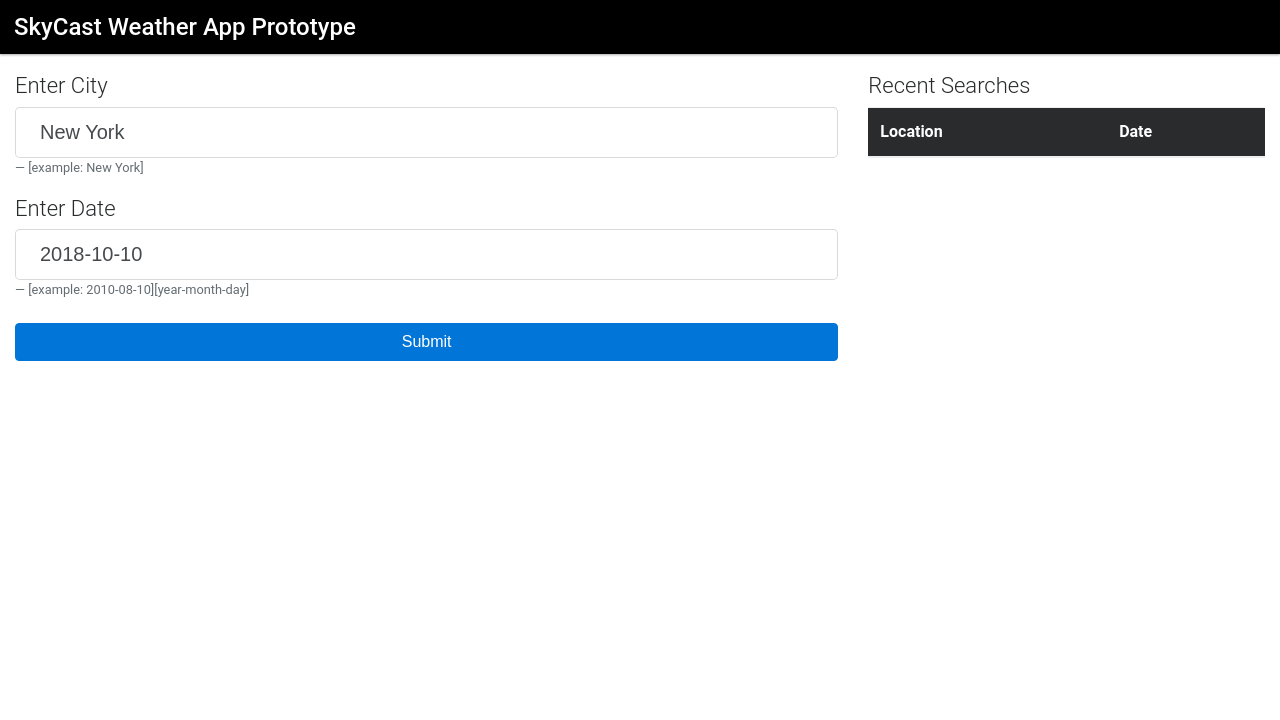
Repository: Oakga/Weather_app
Page: index.html
The author's editor kept a copy of each file at every save. The page is drawn from the files as they stood at one save, then again after the next save.
The browser window is 1280 px wide. The pictures show the whole page.
Some web libraries are served in a nearby version.

Above is the page before, as saved 2017-09-25 05:00:12.

### index.html
<!DOCTYPE html>
<html>
<head>
    <meta charset="utf-8">
    <link rel="stylesheet" href="https://maxcdn.bootstrapcdn.com/bootstrap/4.0.0-alpha.6/css/bootstrap.min.css" integrity="sha384-rwoIResjU2yc3z8GV/NPeZWAv56rSmLldC3R/AZzGRnGxQQKnKkoFVhFQhNUwEyJ" crossorigin="anonymous">
     <link href="css/styles.css" rel="stylesheet" type="text/css">
     <script src="https://cdnjs.cloudflare.com/ajax/libs/Chart.js/2.1.4/Chart.min.js"></script>
    <script src="https://unpkg.com/axios/dist/axios.min.js"></script>
</head>
<body>
    <header>
        <h1>SkyCast Weather App Prototype</h1>
    </header>
    <div class="container-fluid">
        <div class="row">
            <div class="col-sm-8">
                <form id="location-form">
                    <h2>Enter City</h2><input value="New York" type="text" id="location-input" class="form-control form-control-lg "/>
                    <footer class="blockquote-footer">[example: New York]</footer>
                    <h2>Enter Date</h2><input value="2018-10-10" type="text" id="date-input" class="form-control form-control-lg "/>
                    <footer class="blockquote-footer">[example: 2010-08-10][year-month-day]</footer>
                    <br>
                    <button type="submit" class="btn btn-primary btn-block">Submit</button>
                </form>
                <div id="formatted-address"></div>
                <div id="geometry-component"></div>
                <div id="weeklyWeather-component"></div>
            </div>
            <div class="col-sm-4">
                <h2>Recent Searches</h2>
                <table class="table table-hover">
                    <thead class="thead-inverse">
                        <tr>
                            <th>Location</th>
                            <th>Date</th>
                        </tr>
                        <tbody id="history-table">
                        </tbody>
                    </thead>
                </table>
                <div id="dailyWeather-component"></div>
                <canvas id="myChart" width="400" height="400"></canvas>
            </div>
        </div>
    </div>
</div>
<script type='text/javascript' src="js/main.js"></script>
<script type='text/javascript' src="js/config.js"></script>
<script type='text/javascript' src="js/models.js"></script>
</body>
</html>

### css/styles.css
body {
    font-family: 'Roboto', 'Sans Serif';
    font-size: 16px;
    padding: 0;
    margin: 0;
}

header {
    background-color: #000000;
    padding: 14px;
    box-shadow: 0 1px 3px rgba(0,0,0,0.12), 0 1px 2px rgba(0,0,0,0.24);
}

h1, h2, h3 {
    font-weight: 300;
}

header > h1 {
    font-weight: 500;
    font-size: 24px;
    margin: 0;
    color: #FFFFFF;
}

h2 {
    font-size: 22px;
    margin: 20px 0 8px 0;
}

.table {
    border-radius: 5px;
    width: 100%;
    float: none;
}

#history-table > tr {
    cursor: pointer;
}

### js/main.js
const geoCode = (location, time=Date.now()) => {
    const api_key = config.GOOGLE_API_KEY;
    axios.get('https://maps.googleapis.com/maps/api/geocode/json',{
    params:{
        address: location,
        key: api_key,
    }
}).then(function(response){
    const formattedAddr = response.data.results[0].formatted_address;
    const formattedAddrOutput = `
    <h2> Current Search Location: </h2>
    <ul class="list-group">
    <li class="list-group-item">
    ${formattedAddr}
    </li>
    </ul>
    `;
    let addressComponents = response.data.results[0].address_components;
    let lat = Math.round(response.data.results[0].geometry.location.lat*10000)/10000;
    let lng = Math.round(response.data.results[0].geometry.location.lng*10000)/10000;
    let geometryOutput = `
    <ul class="list-group">
    <li class="list-group-item">
    <strong>
    Latitude
    </strong>: ${lat}
    </li>
    <li class="list-group-item">
    <strong>
    Longitude
    </strong>: ${lng}
    </li>
    </ul>
    <br>
    `;
    document.getElementById('formatted-address').innerHTML = formattedAddrOutput;
    document.getElementById('geometry-component').innerHTML = geometryOutput;

    darkSky(lat,lng,time);
    updateHistory(formattedAddr,time);

})
};

const darkSky = (lat, lng, date = Date.now()) => {
    const api_key = config.DARKSKY_API_KEY;
    let apiCall = `https://cors-anywhere.herokuapp.com/https://api.darksky.net/forecast/a467fea14c1e42d510075082c4e8013a/40.7128,-74.0059`;
    axios.get(apiCall,{
        headers: {
            'X-Requested-With': 'XMLHttpRequest',
        },
    }).then(function(response){
        const currentDate =  response.data.currently;
        const WeeklyDateArry = response.data.daily.data;
        createWeeklyReportTable(WeeklyDateArry);
        createTodayReportTable(currentDate);
    })
    .catch(function(error){
        console.log(error);
        const alert = `
        <div class="alert alert-danger" role="alert">
        <strong>${error}</strong>
        </div>
        `;
        document.getElementById('weeklyWeather-component').insertAdjacentHTML("afterbegin",alert);
    })
    ;
};
const createWeeklyReportTable = (data) => {
    let weeklyReport = [];
    let formattedTime;
    for(let i=0;i<data.length;i++){
        formattedTime= convertToDateTime(data[i].time);
        const dayReport = weeklyReport[i] = new foreCastReport(
            formattedTime,
            Math.round(data[i].humidity*100),
            Math.round(data[i].precipProbability*100),
            data[i].precipIntensity,
            data[i].windSpeed,
            data[i].temperatureMax,
            data[i].temperatureMin,
        );
    };
    let columnNames = ``;
    const units = ['','','','(mm/hr)','(m/s)','(`C)','(`C)'];
    let counter = 0;
    for ( property in weeklyReport[0] ) {
        columnNames += `
        <th>
        ${property}${units[counter]}
        </th>
        `;
        counter++;
    };

    let itemRows = ``;
    let reportForTheDay;
    for(var i=0;i<weeklyReport.length;i++){
        reportForTheDay=weeklyReport[i];
        itemRows += `
        <tr>
        <th scope="row">${reportForTheDay.Date}</th>
        <td>${reportForTheDay.Humidity}%</td>
        <td>${reportForTheDay.Precipitation}%</td>
        <td>${reportForTheDay.Intensity}</td>
        <td>${reportForTheDay.Wind}</td>
        <td>${reportForTheDay.MaxTemperature}</td>
        <td>${reportForTheDay.MinTemperature}</td>
        </tr>`
    };

    let tableOutput = `
    <h2> Upcoming Forecasts </h2>
    <table class="table">
    <thead class="thead-inverse" id="table-index">
    ${columnNames}
    </thead>
    <tbody>
    ${itemRows}
    </tbody>
    </table>
    `;
    document.getElementById('weeklyWeather-component').innerHTML = tableOutput;
    const series = weeklyReport.map(function(item) { return item["Humidity"]; });
    updateChart(series,"Humidity");
};

const createTodayReportTable = (data) => {
    let formattedTime = convertToDateTime(data.time);
        const dayReport = new todayReport(
            formattedTime,
            data.summary,
            Math.round(data.humidity*100),
            data.temperature,
            Math.round(data.precipProbability*100),
            data.precipIntensity,
            data.windSpeed,
        );

    const units = ['','','%','`C','%','%','m/s'];
    let reportOutput = ``;
    let counter = 0;
    for( property in dayReport){
        reportOutput+=`
        <li class="list-group-item">
        <strong>
        ${property}
        </strong>: ${dayReport[property]} ${units[counter]}
        </li>
        `;
        counter++;
    }
    ;

    let fullReportOutput = `
    <h2>Today Weather Report </h2>
    <ul class="list-group"></ul>
    ${reportOutput}
    </ul>
    <br>
    `;

    document.getElementById('dailyWeather-component').innerHTML = fullReportOutput;
};

const updateChart = (seriesData) => {
    const ctx = document.getElementById("myChart").getContext('2d');
    const myChart = new Chart(ctx, {
    type: 'bar',
    data: {
        labels: ["Sun", "Mon", "Tue", "Wed", "Thu", "Fri", "Sat"],
        datasets: [{
            label: 'Humidity',
            data: seriesData,
            borderWidth: 1
        }]
    },
    options: {
        scales: {
            yAxes: [{
                ticks: {
                    beginAtZero:true
                }
            }]
        }
    }
});
};

const convertToDateTime = (time) => {
    let date = new Date(time*1000);
    const months = ['Jan','Feb','Mar','Apr','May','Jun','Jul','Aug','Sep','Oct','Nov','Dec'];
    year = date.getFullYear();
    month = months[date.getMonth()];
    numDate = date.getDate();
    formattedTime = numDate + ' ' + month + ' ' + year;
    return formattedTime;
};

const convertToUnixTime = (time) => {
    return Date.parse(time)/1000;
};
const updateHistory = (location,time) => {
    const formattedTime = convertToDateTime(time);

    let itemRows = ``;
    itemRows += `
    <tr>
    <td>${location}</td>
    <td>${formattedTime}</td>
    </tr>`;


    const table = document.getElementById('history-table');
    if(table.childElementCount>=5){
        table.removeChild(table.firstElementChild);
    };
    document.getElementById('history-table').insertAdjacentHTML("afterbegin",itemRows);
};

document.getElementById('location-form').addEventListener('submit', function (e){
    e.preventDefault();
    const location = document.getElementById('location-input').value;
    const date = document.getElementById('date-input').value;
    if(date!==null){
        const unixTime = convertToUnixTime(date);
        geoCode(location,unixTime);
    }
    else {
        geoCode(location);
    };
});

### js/config.js
const config = {
    DARKSKY_API_KEY : 'a467fea14c1e42d510075082c4e8013a',
    GOOGLE_API_KEY : 'AIzaSyAkYBjwd7ygcP8GpAz47QsP3s3vaweLAE0'
};

### js/models.js
'use strict';
class foreCastReport {
    constructor(Date,Humidity,Precipitation,Intensity,Wind,MaxTemperature,MinTemperature){
        this.Date = Date;
        this.Humidity = Humidity;
        this.Precipitation = Precipitation;
        this.Intensity = Intensity;
        this.Wind = Wind;
        this.MaxTemperature = MaxTemperature;
        this.MinTemperature = MinTemperature;
    };
};

class todayReport {
    constructor(Date,Summary,Humidity,Temperature, Precipitation,Intensity,Wind,){
        this.Date = Date;
        this.Summary = Summary;
        this.Humidity = Humidity;
        this.Temperature = Temperature;
        this.Precipitation = Precipitation;
        this.Intensity = Intensity;
        this.Wind = Wind;
    };
};

After the next save:
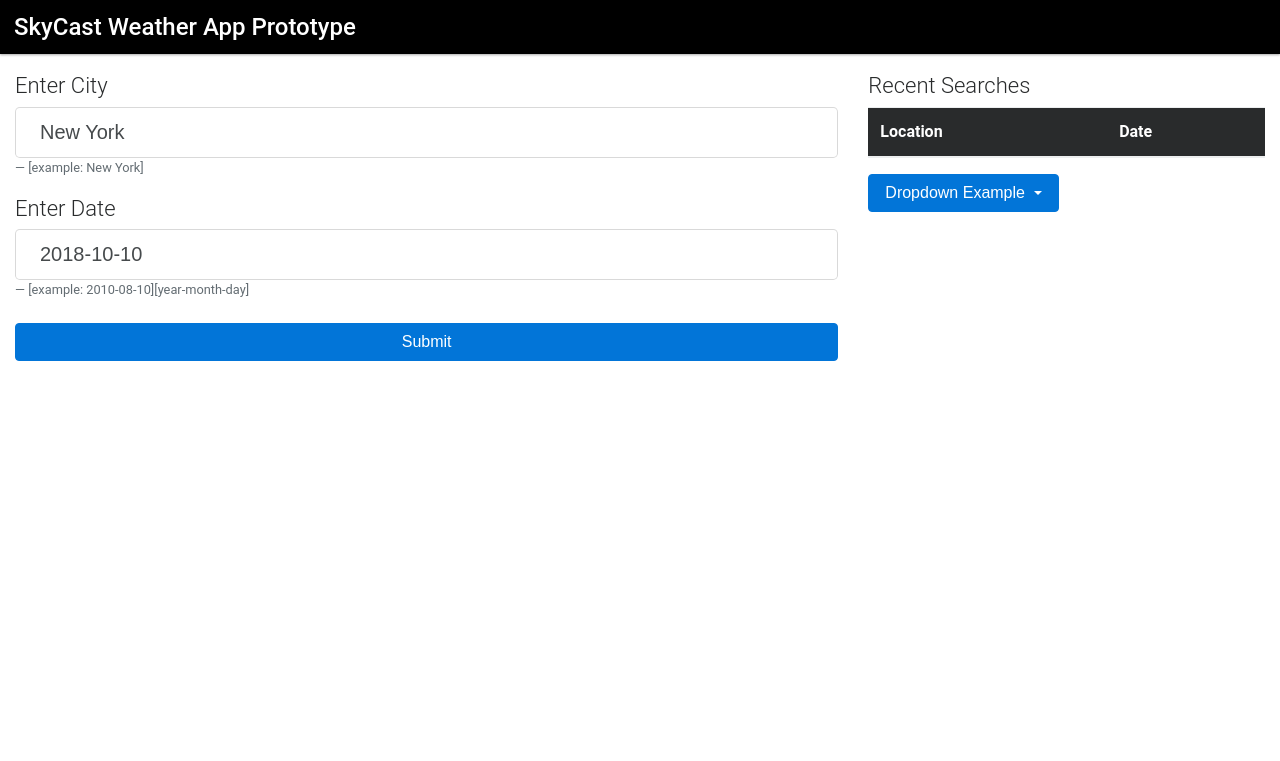
Saved 5 min 20 s later.
--- a/index.html
+++ b/index.html
@@ -39,6 +39,16 @@
                     </thead>
                 </table>
                 <div id="dailyWeather-component"></div>
+                <div class="dropdown">
+                    <button class="btn btn-primary dropdown-toggle" type="button" data-toggle="dropdown">Dropdown Example
+                    <span class="caret"></span></button>
+                    <ul class="dropdown-menu">
+                      <li><a href="#">HTML</a></li>
+                      <li><a href="#">CSS</a></li>
+                      <li><a href="#">JavaScript</a></li>
+                    </ul>
+                  </div>
+                </div>
                 <canvas id="myChart" width="400" height="400"></canvas>
             </div>
         </div>

After the save that followed:
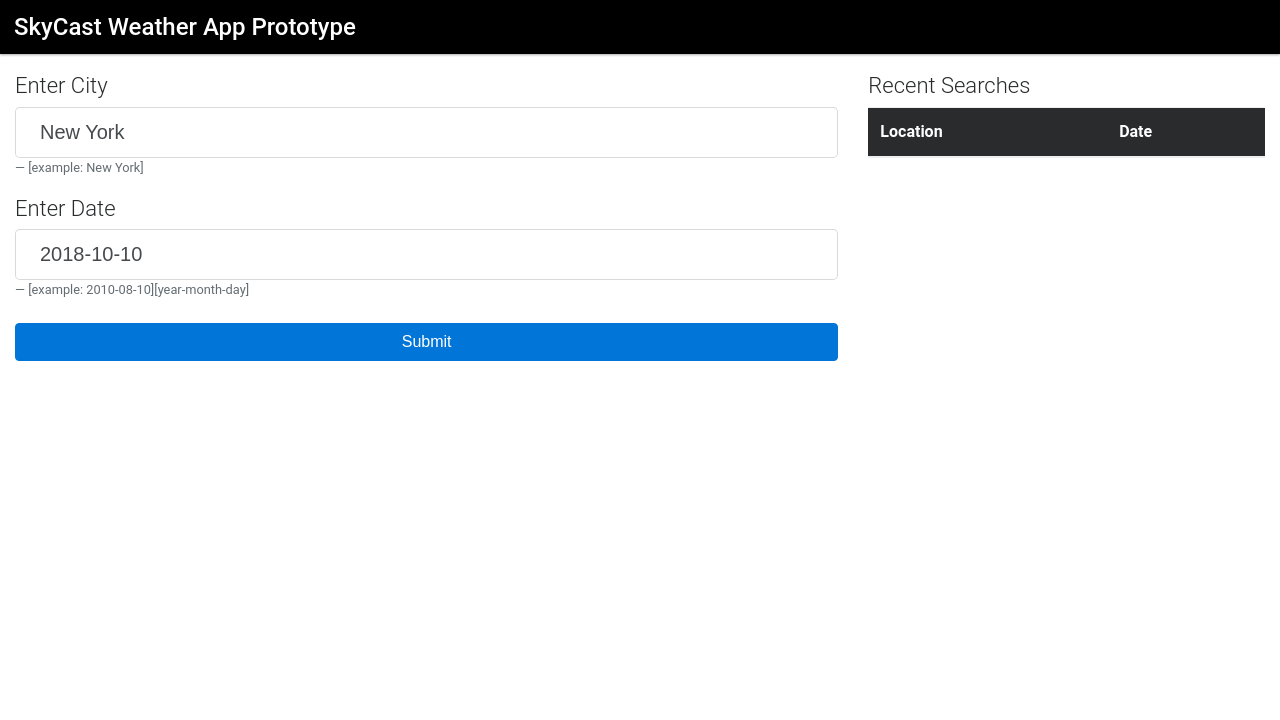
Saved 26 s later.
--- a/index.html
+++ b/index.html
@@ -39,16 +39,6 @@
                     </thead>
                 </table>
                 <div id="dailyWeather-component"></div>
-                <div class="dropdown">
-                    <button class="btn btn-primary dropdown-toggle" type="button" data-toggle="dropdown">Dropdown Example
-                    <span class="caret"></span></button>
-                    <ul class="dropdown-menu">
-                      <li><a href="#">HTML</a></li>
-                      <li><a href="#">CSS</a></li>
-                      <li><a href="#">JavaScript</a></li>
-                    </ul>
-                  </div>
-                </div>
                 <canvas id="myChart" width="400" height="400"></canvas>
             </div>
         </div>
